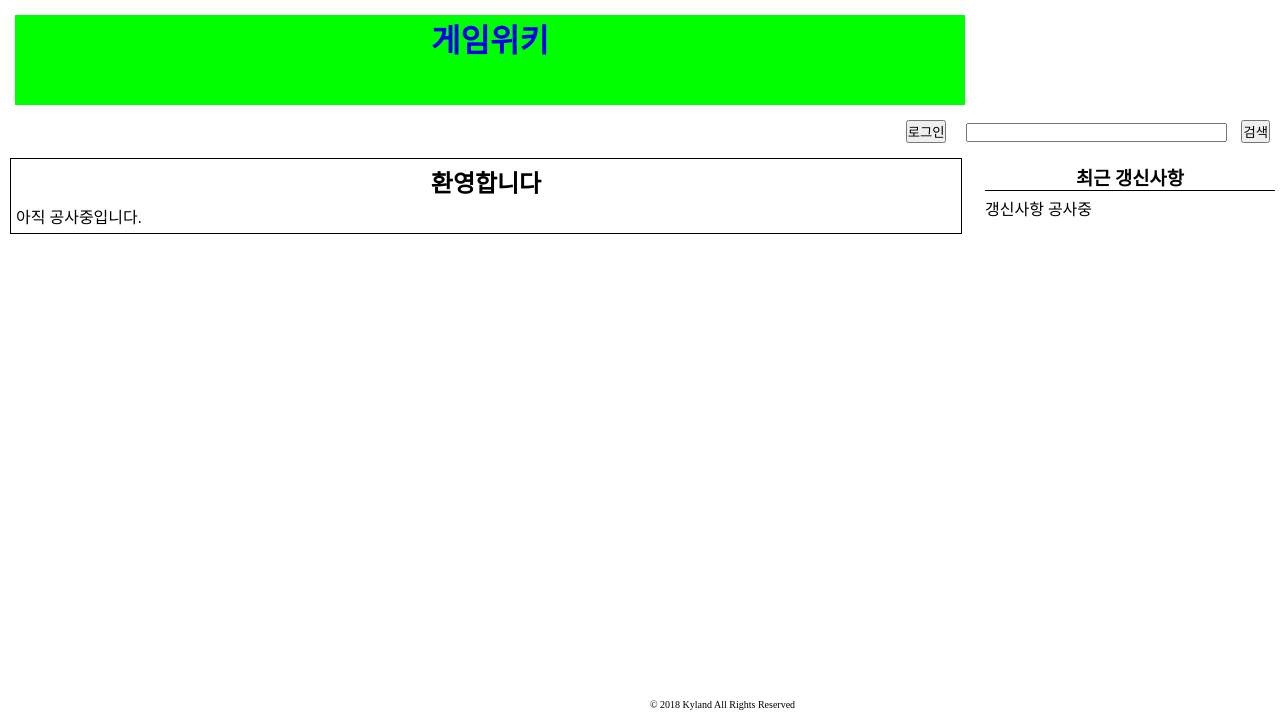
Repository: sithslord/GameWiki
Page: http://localhost/JSPBoard/MainPage/Main.jsp
The author's editor kept a copy of each file at every save. The page is drawn from the files as they stood at one save, then again after a run of saves.
The browser window is 1280 px wide. The page is 1285 px wide, so the pictures cover 1285 px, including what lies to the right of the window. The pictures show the whole page.
The page is served by Tomcat 9. Other server files are loaded and not shown.

Above is the page before, as saved 2018-01-12 04:15:41.

### ReWork/JSPBoard/WebContent/MainPage/Main.jsp
<%@ page language="java" contentType="text/html; charset=EUC-KR"
    pageEncoding="EUC-KR"%>
<!DOCTYPE html PUBLIC "-//W3C//DTD HTML 4.01 Transitional//EN" "http://www.w3.org/TR/html4/loose.dtd">
<html>
<head>
<meta http-equiv="Content-Type" content="text/html; charset=EUC-KR">
<title>게임 위키</title>
<style type="text/css">

*{
	margin: 5px;
	padding: 0;
}

body{
	width: 1280px;
	margin: 0 auto;
}

#banner h1{
	background: lime;
	float: left;
	width: 950px;
	height: 90px;
	text-align: center;
}

#banner form{
	float: right;
}

#info{
	float: left;
	width: 950px;
	height: auto;
	border: 1px solid black;

}



#news{
	float: right;
	width: 300px;
	height: auto;
}

#news h3{
	border-bottom: 1px solid black;
}

#footer{

	position: absolute;
	bottom: 0;
	text-align: center !important;

}

#copyright{
	font-size: 10px;
	margin-left:640px;
}

.hyper{
	link{text-decoration:none; color:black;}
	visitied{text-decoration:none; color:black;}
	action{text-decoration:none; color:black;}
	hover{text-decoration:none; color:black;}
}



</style>
</head>
<body>
	<div id="banner">
		<a class="hyper" href="Main.jsp"><h1>게임위키</h1></a>

		<form action="search" method="post">
			<input type="text" name="srch" size="30">
			<input type="submit" value="검색">
		</form>

		<form action="login" method="post">
			<input type="submit" value="로그인">
		</form>

	</div>

	<div id="info">
		<h2 align="center">환영합니다</h2>

		<p>아직 공사중입니다.</p>


	</div>

	<div id="news">
		<h3 align="center">최근 갱신사항</h3>
		<p>갱신사항 공사중</p>
	</div>

	<div id="footer">


		<p id="copyright">&copy; 2018 Kyland All Rights Reserved </p>

	</div>



</body>
</html>

After the next 2 saves:
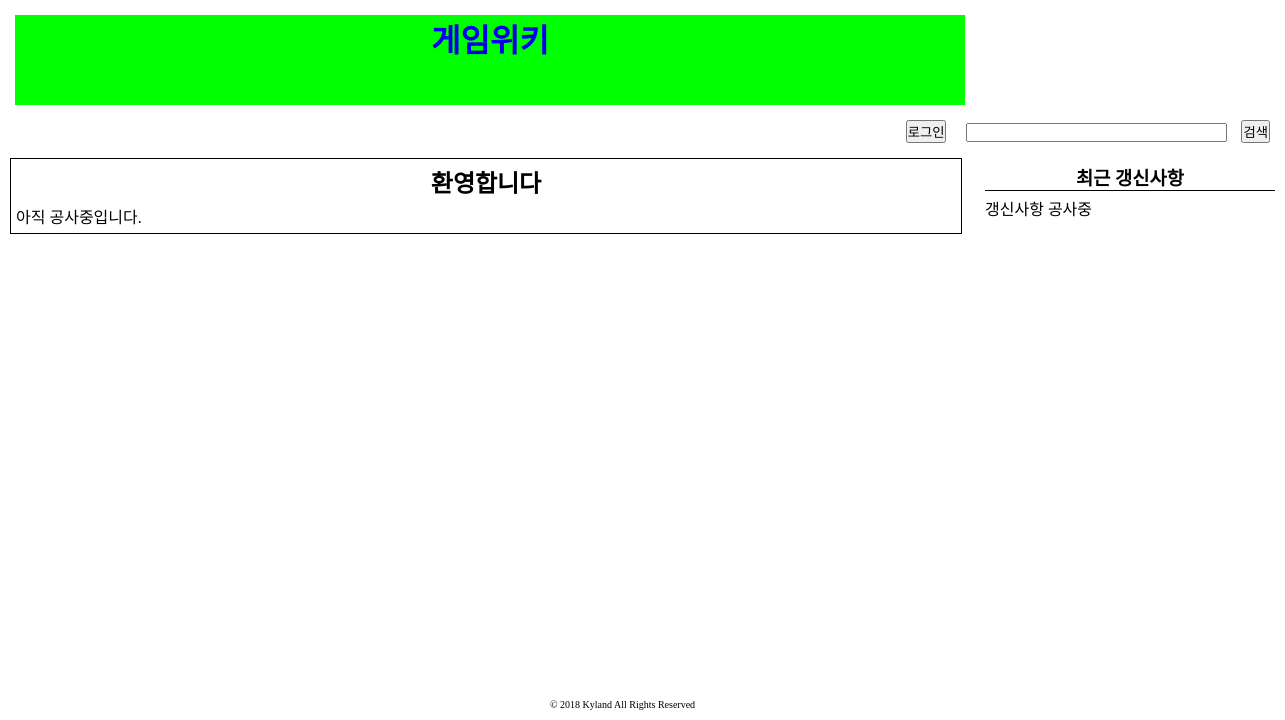
The 2 saves are shown as one change because they came seconds apart.
The last was saved 22 s later.
--- a/ReWork/JSPBoard/WebContent/MainPage/Main.jsp
+++ b/ReWork/JSPBoard/WebContent/MainPage/Main.jsp
@@ -59,7 +59,7 @@ body{
 
 #copyright{
 	font-size: 10px;
-	margin-left:640px;
+	margin-left: 540px;
 }
 
 .hyper{
